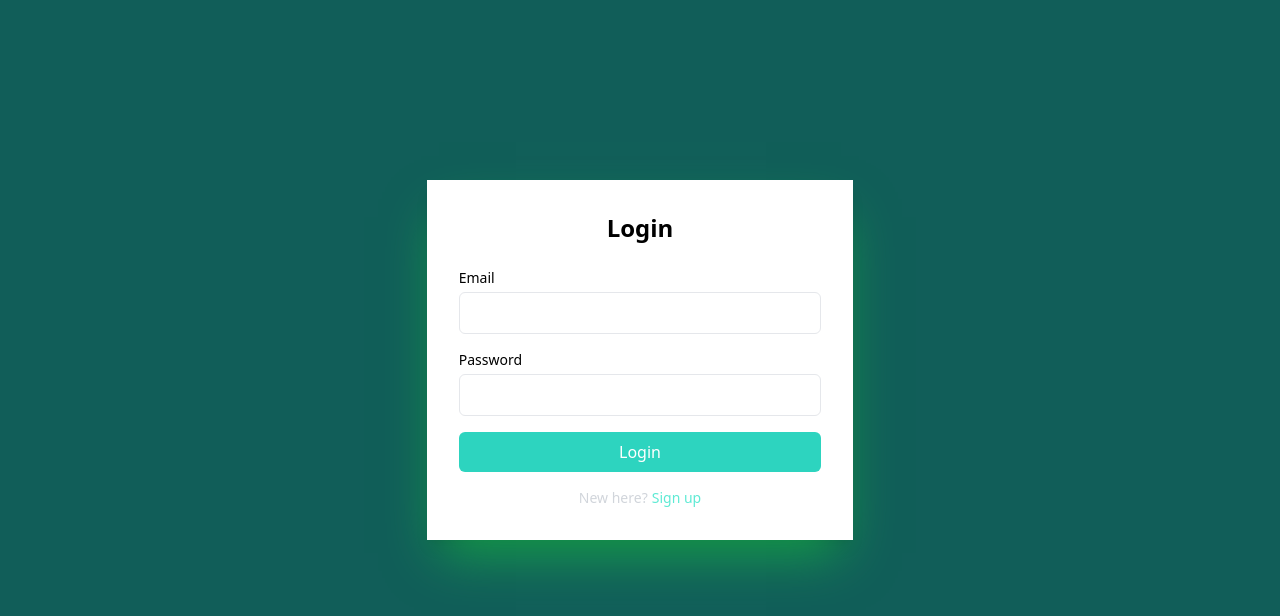
Repository: alizey12/POS-React-website
Page: /
An editor plug-in stored every save of this project. The page is shown before and after the next save, followed by the edit.
The browser window is 1280 px wide. The pictures show the whole page.
The project was rebuilt for these pictures with package versions that can differ from the ones it lists, and the page was loaded fresh each time. Also part of the build but not shown: vite.config.js, src/navbar.jsx, src/sidebar.jsx, src/Dashboard.jsx.

Above is the page before, as saved 2024-12-30 22:56:02.

After the next save:
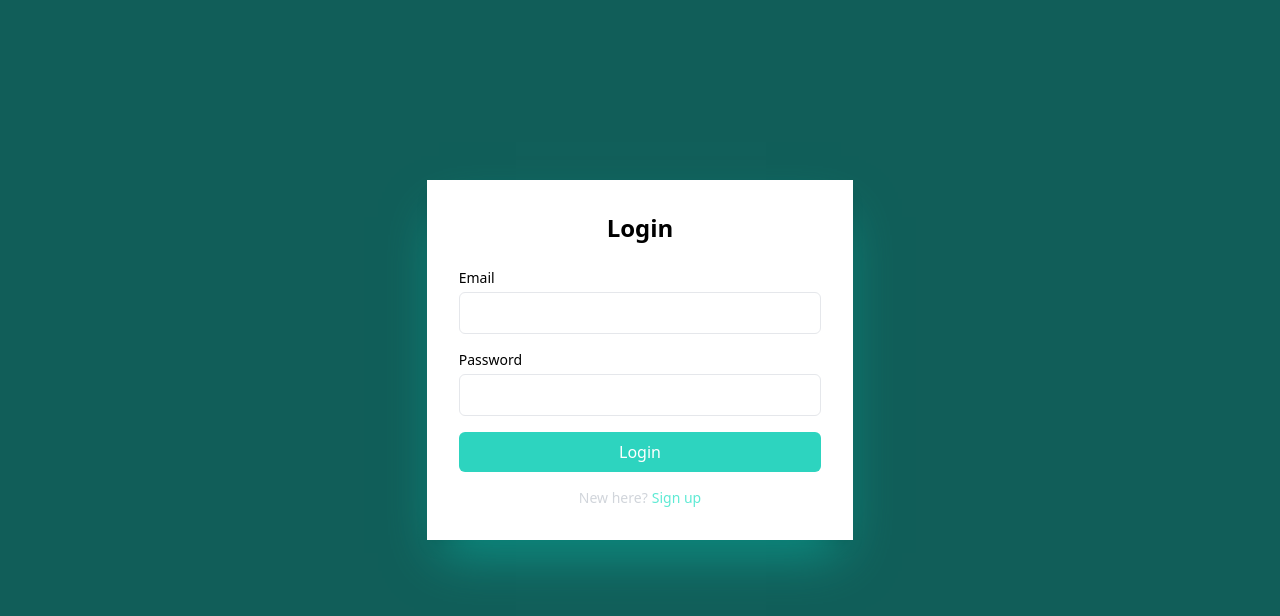
Saved 8 s later.
--- a/src/login.jsx
+++ b/src/login.jsx
@@ -56,7 +56,7 @@ const SignupLogin = () => {
     <div className="flex items-center justify-center min-h-screen  bg-teal-800 to-yellow-500">
       <div className=" bg-white w-1/3 shadow-lg rounded-lg">
 
-        <div className="w-full bg-white shadow-green-600 shadow-2xl p-8 justify-center">
+        <div className="w-full bg-white shadow-teal-600 shadow-2xl p-8 justify-center">
           <h2 className="text-2xl font-bold text-center ">
             {isLogin ? 'Login' : 'Sign Up'}
           </h2>
